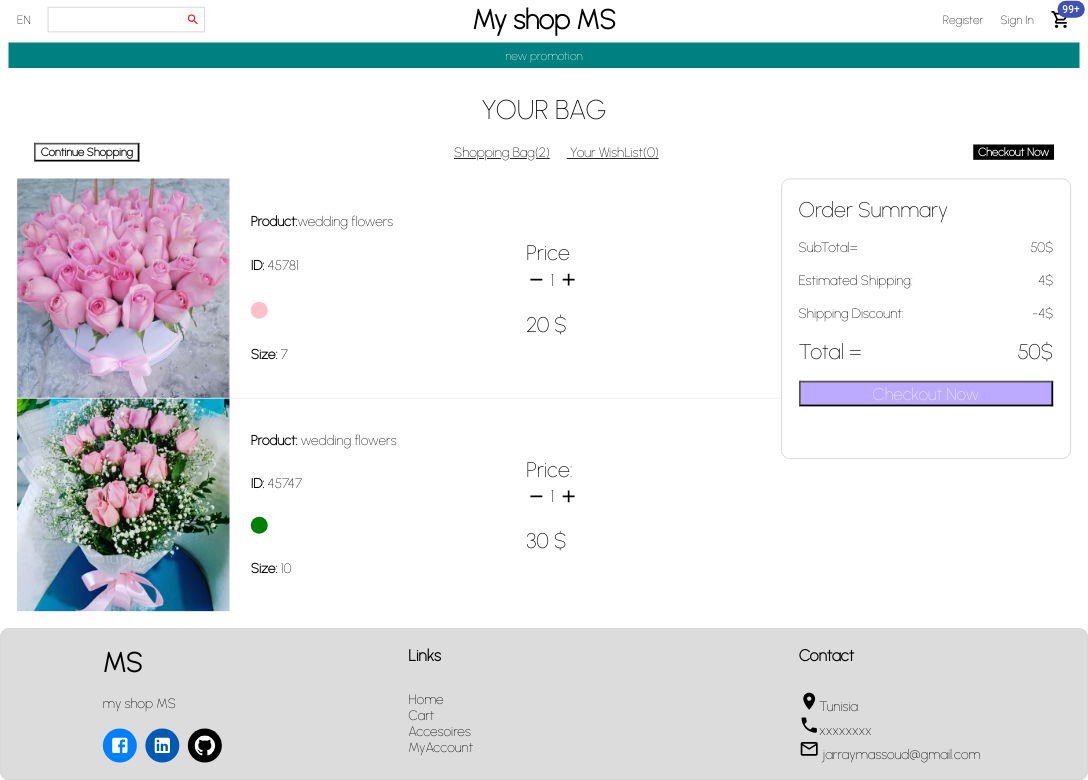
Repository: jarraymassaoud/react-web
Page: /
An editor plug-in stored every save of this project. The page is shown before and after the next save, followed by the edit.
The browser window is 1280 px wide. The pictures show the whole page, at 85% of full size.
The project was rebuilt for these pictures with package versions that can differ from the ones it lists, and the page was loaded fresh each time. Also part of the build but not shown: src/pages/Login.jsx, src/data.js, src/components/Slider.jsx, src/components/CategoryItem.jsx, src/components/Categories.jsx, src/components/Product.jsx, src/components/Products.jsx, src/pages/Home.jsx.

Above is the page before, as saved 2022-06-01 08:30:59.

### public/index.html
<!DOCTYPE html>
<html lang="en">
  <head>
    <meta charset="utf-8" />
    <link rel="icon" href="%PUBLIC_URL%/favicon.ico" />
    <meta name="viewport" content="width=device-width, initial-scale=1" />
    <meta name="theme-color" content="#000000" />
    <meta
      name="description"
      content="Web site created using create-react-app"
    />
    <link rel="preconnect" href="https://fonts.googleapis.com" />
    <link rel="preconnect" href="https://fonts.gstatic.com" crossorigin />
    <link
      href="https://fonts.googleapis.com/css2?family=Urbanist:wght@100&display=swap"
      rel="stylesheet"
    />
    <style>
      * {
        margin: 0;
        font-family: "Urbanist", sans-serif;
      }
    </style>
    <!--
      manifest.json provides metadata used when your web app is installed on a
      user's mobile device or desktop. See https://developers.google.com/web/fundamentals/web-app-manifest/
    -->
    <!--
      Notice the use of %PUBLIC_URL% in the tags above.
      It will be replaced with the URL of the `public` folder during the build.
      Only files inside the `public` folder can be referenced from the HTML.

      Unlike "/favicon.ico" or "favicon.ico", "%PUBLIC_URL%/favicon.ico" will
      work correctly both with client-side routing and a non-root public URL.
      Learn how to configure a non-root public URL by running `npm run build`.
    -->
    <title>React App</title>
  </head>
  <body>
    <noscript>You need to enable JavaScript to run this app.</noscript>
    <div id="root"></div>
    <!--
      This HTML file is a template.
      If you open it directly in the browser, you will see an empty page.

      You can add webfonts, meta tags, or analytics to this file.
      The build step will place the bundled scripts into the <body> tag.

      To begin the development, run `npm start` or `yarn start`.
      To create a production bundle, use `npm run build` or `yarn build`.
    -->
  </body>
</html>

### src/App.jsx
import React from "react";
import Cart from "./pages/Cart";
import Login from "./pages/Login";
import Home from "./pages/Home";
import Bunch from "./pages/Bunch";

const App = () => {
  return <Cart />;
};

export default App;

### src/pages/Cart.jsx
import { Remove, Add } from "@material-ui/icons";
import styled from "styled-components";
import Annonce from "../components/Annonce";
import Footer from "../components/Footer";
import Navbar from "../components/Navbar";
const Container = styled.div``;
const Wrapper = styled.div`
  padding: 20px;
`;

const Title = styled.h1`
  font-weight: 300;
  text-align: center;
`;
const Top = styled.div`
  display: flex;
  align-items: center;
  justify-content: space-between;
  padding: 20px;
`;
const TopButton = styled.button`
  font-weight: 600;
  text-align: center;
  cursor: pointer;
  border: ${(props) => props.type === "filled" && "none"};
  background-color: ${(props) =>
    props.type === "filled" ? "black" : "transparent"};
  color: ${(props) => props.type === "filled" && "white"};
`;
const TopTexts = styled.div``;
const TopText = styled.span`
  text-decoration: underline;
  cursor: pointer;
  margin: 0px 10px;
`;
const Bottom = styled.div`
  display: flex;
  justify-content: space-between;
`;
const Info = styled.div`
  flex: 3;
`;
const Product = styled.div`
  display: flex;
  justify-content: space-between;
`;
const ProductDetail = styled.div`
  flex: 2;
  display: flex;
`;
const Image = styled.img`
  width: 250px;
`;
const Details = styled.div`
  margin: 5px;
  padding: 20px;
  display: flex;
  flex-direction: column;
  justify-content: space-around;
`;
const ProductName = styled.span``;
const ProductId = styled.span``;
const ProductColor = styled.div`
  width: 20px;
  height: 20px;
  border-radius: 50%;
  background: ${(props) => props.color};
`;
const ProductSize = styled.span``;
const PriceDetail = styled.div`
  font-size: 25px;
  flex: 1;
  display: flex;
  flex-direction: column;
  align-content: center;
  justify-content: center;
`;

const ProductAmountContainer = styled.div`
  margin-bottom: 20px;
  display: flex;
  align-items: center;
`;
const ProductAmount = styled.div`
  font-size: 20px;
  margin: 5px;
`;
const ProductPrice = styled.div`
  font-size: 25px;
  font-weight: 300;
`;

const Hr = styled.hr`
  background-color: #eee;
  border: none;
  height: 1px;
`;
const Summary = styled.div`
  flex: 1;
  border: 0.5px solid lightgray;
  border-radius: 10px;
  padding: 20px;
  height: 40vh;
`;
const SummaryTitle = styled.h1`
  font-weight: 300;
  font-size: 25px;
`;
const SummaryItem = styled.div`
  margin: 20px 0px;
  display: flex;
  justify-content: space-between;
  font-weight: ${(props) => props.type === "total" && "500"};
  font-size: ${(props) => props.type === "total" && "25px"};
`;

const SummaryItemText = styled.span``;
const SummaryItemPrice = styled.span``;
const Button = styled.button`
  width: 100%;
  background-color: #baf;
  color: #eee;
  cursor: pointer;
  border: 50%;
  font-weight: 300;
  font-size: 20px;
`;
const Cart = () => {
  return (
    <Container>
      <Navbar />
      <Annonce />
      <Wrapper>
        <Title>YOUR BAG</Title>
        <Top>
          <TopButton> Continue Shopping</TopButton>
          <TopTexts>
            <TopText>Shopping Bag(2)</TopText>
            <TopText> Your WishList(0)</TopText>
          </TopTexts>
          <TopButton type="filled"> Checkout Now</TopButton>
        </Top>
        <Bottom>
          <Info>
            <Product>
              <ProductDetail>
                <Image src="images/img21.jpg" />
                <Details>
                  <ProductName>
                    <b>Product:</b>
                    wedding flowers
                  </ProductName>
                  <ProductId>
                    <b>ID:</b> 45781
                  </ProductId>
                  <ProductColor color="pink" />

                  <ProductSize>
                    <b>Size:</b> 7
                  </ProductSize>
                </Details>
              </ProductDetail>
              <PriceDetail>
                Price
                <ProductAmountContainer>
                  <Remove />

                  <ProductAmount>1</ProductAmount>
                  <Add />
                </ProductAmountContainer>
                <ProductPrice>20 $</ProductPrice>
              </PriceDetail>
            </Product>

            <Hr />
            <Product>
              <ProductDetail>
                <Image src="images/img30.jpg" />
                <Details>
                  <ProductName>
                    <b>Product:</b> wedding flowers
                  </ProductName>
                  <ProductId>
                    <b>ID:</b> 45747
                  </ProductId>
                  <ProductColor color="green" />

                  <ProductSize>
                    <b>Size:</b> 10
                  </ProductSize>
                </Details>
              </ProductDetail>
              <PriceDetail>
                Price:
                <ProductAmountContainer>
                  <Remove />

                  <ProductAmount>1</ProductAmount>
                  <Add />
                </ProductAmountContainer>
                <ProductPrice>30 $</ProductPrice>
              </PriceDetail>
            </Product>
          </Info>
          <Summary>
            <SummaryTitle>Order Summary</SummaryTitle>
            <SummaryItem>
              <SummaryItemText>SubTotal= </SummaryItemText>
              <SummaryItemPrice>50$</SummaryItemPrice>
            </SummaryItem>

            <SummaryItem>
              <SummaryItemText>Estimated Shipping:</SummaryItemText>
              <SummaryItemPrice> 4$</SummaryItemPrice>
            </SummaryItem>
            <SummaryItem>
              <SummaryItemText>Shipping Discount:</SummaryItemText>
              <SummaryItemPrice> -4$</SummaryItemPrice>
            </SummaryItem>
            <SummaryItem type="total">
              <SummaryItemText>Total =</SummaryItemText>
              <SummaryItemPrice> 50$</SummaryItemPrice>
            </SummaryItem>
            <Button> Checkout Now</Button>
          </Summary>
        </Bottom>
      </Wrapper>
      <Footer />
    </Container>
  );
};

export default Cart;

### src/components/Annonce.jsx
import styled from "styled-components";

const Container = styled.div`
  height: 30px;
  background-color: teal;
  color: white;
  display: flex;
  align-items: center;
  justify-content: center;
  font-size: 14px;
  font-weight: 500;
  margin: 10px;
`;

const Annonce = () => {
  return (
    <div>
      <Container>new promotion</Container>
    </div>
  );
};

export default Annonce;

### src/components/Footer.jsx
import {
  Facebook,
  GitHub,
  LinkedIn,
  MailOutline,
  Phone,
  Room,
} from "@material-ui/icons";
import React from "react";
import styled from "styled-components";
const Container = styled.div`
  display: flex;
  border: 0.5px solid lightgray;
  border-radius: 10px;
  background-color: gainsboro;
`;
const Left = styled.div`
  flex: 1;
  display: flex;
  padding: 20px;
  flex-direction: column;
  margin-left: 100px;
`;
const Logo = styled.h1``;
const Desc = styled.p`
  margin: 20px 0px;
`;
const SocialContainer = styled.div`
  display: flex;
`;
const SocialIcon = styled.div`
  width: 40px;
  height: 40px;
  border-radius: 50%;
  color: white;
  background-color: #${(props) => props.color};
  display: flex;
  align-items: center;
  justify-content: center;
  margin-right: 10px;
`;

const Center = styled.div`
  flex: 1;
  padding: 20px;
  align-items: center;
  justify-content: center;
`;
const Title = styled.h3`
  margin-bottom: 30px;
`;
const List = styled.ul`
  margin: 0px;
  padding: 0px;
  list-style: none;
  flex-wrap: wrap;
`;
const ListItem = styled.li`
  width: 50%;
`;
const Right = styled.div`
  flex: 1;
  padding: 20px;
  justify-content: center;
  align-items: center;
  margin-left: 100px;
`;
const ContactItem = styled.div``;

const Footer = () => {
  return (
    <Container>
      <Left>
        <Logo> MS</Logo>
        <Desc>my shop MS</Desc>
        <SocialContainer>
          <SocialIcon color="0080ff">
            <Facebook />
          </SocialIcon>
          <SocialIcon color="0059b3">
            <LinkedIn />
          </SocialIcon>
          <SocialIcon color="000000">
            <GitHub />
          </SocialIcon>
        </SocialContainer>
      </Left>
      <Center>
        <Title> Links</Title>
        <List>
          <ListItem>Home</ListItem>
          <ListItem>Cart</ListItem>
          <ListItem>Accesoires</ListItem>
          <ListItem>MyAccount</ListItem>
        </List>
      </Center>
      <Right>
        <Title> Contact</Title>
        <ContactItem>
          <Room />
          Tunisia
        </ContactItem>
        <ContactItem>
          <Phone />
          xxxxxxxx
        </ContactItem>
        <ContactItem>
          <MailOutline /> jarraymassoud@gmail.com
        </ContactItem>
      </Right>
    </Container>
  );
};

export default Footer;

### src/components/Navbar.jsx
import { Search, ShoppingCartOutlined } from "@material-ui/icons";
import { Badge } from "@material-ui/core";
import React from "react";
import styled from "styled-components";

const Container = styled.div`
  height: 40px;
`;

const Wrapper = styled.div`
  padding: 4px 20px;
  display: flex;
  justify-content: space-between;
`;

const Left = styled.div`
  flex: 1;
  display: flex;
  align-items: center;
`;

const Language = styled.span`
  font-size: 14px;
  cursor: pointer;
`;
const SearchContainer = styled.div`
  border: 0.5px solid lightgray;
  display: flex;
  align-items: center;
  margin-left: 20px;
  padding: 5px;
`;
const Input = styled.input`
  border: none;
`;
const Center = styled.div`
  flex: 1;
  text-align: center;
`;
const Logo = styled.h1`
  font-weight: bold;
  display: flex;
  justify-content: center;
`;
const Right = styled.div`
  flex: 1;
  display: flex;
  align-items: center;
  justify-content: flex-end;
`;
const MenuItem = styled.div`
  font-size: 14px;
  cursor: pointer;
  margin-left: 20px;
`;
const Navbar = () => {
  return (
    <Container>
      <Wrapper>
        <Left>
          <Language>EN</Language>
          <SearchContainer>
            <Input />
            <Search style={{ color: "red", fontSize: 16 }} />
          </SearchContainer>
        </Left>
        <Center>
          <Logo>My shop MS</Logo>
        </Center>
        <Right>
          <MenuItem>Register</MenuItem>
          <MenuItem> Sign In</MenuItem>
          <MenuItem>
            <Badge badgeContent={100} color="primary" max={99}>
              <ShoppingCartOutlined />
            </Badge>
          </MenuItem>
        </Right>
      </Wrapper>
    </Container>
  );
};

export default Navbar;

### src/pages/Bunch.jsx
import styled from "styled-components";
import Navbar from "../components/Navbar";
import Annonce from "../components/Annonce";
import Newsletter from "../components/Newsletter";
import Footer from "../components/Footer";
import { Remove, Add } from "@material-ui/icons";

const Container = styled.div``;
const Wrapper = styled.div`
  padding: 50px;
  display: flex;
`;
const ImgContainer = styled.div`
  flex: 1;
`;
const Image = styled.img`
  width: 100%;
  height: 70vh;
  object-fit: cover;
`;
const InfoContainer = styled.div`
  flex: 1;
  padding: 30px 50px;
`;

const Title = styled.h1`
  margin: 30px 0px;
`;

const Desc = styled.p`
  font-weight: 400;
`;
const Price = styled.span`
  font-weight: 300;
  font-size: 20px;
`;

const FilterContainer = styled.div`
  width: 50%;
  display: flex;
  justify-content: space-between;
  margin: 18px;
`;
const Filter = styled.div`
  display: flex;
  align-items: center;
`;
const FilterTitle = styled.span`
  font-size: 20px;
  font-weight: 300;
  margin-right: 7px 3px;
`;
const FilterColor = styled.div`
  width: 20px;
  height: 20px;
  border-radius: 50%;
  background-color: ${(props) => props.color};
  margin: 0px 3px;
  cursor: pointer;
`;
const FilterSize = styled.select`
  margin-left: 10px;
  padding: 5px;
`;
const FilterSizeOption = styled.option``;
const AddContainer = styled.div`
  width: 50%;
  display: flex;
  justify-content: space-between;
`;
const AmountContainer = styled.div`
  display: flex;
  align-items: center;
  font-weight: 700;
`;
const Amount = styled.span`
  width: 25px;
  height: 25px;
  border-radius: 10px;
  border: 1px solid teal;
  margin: 0px 5 px;
  display: flex;
  align-items: center;
  justify-content: center;
`;

const Button = styled.button`
  padding: 5px;
  border: 1px solid teal;
  background-color: #fff;
  cursor: pointer;
  margin: 25px;
  font-weight: 500;

  &:hover {
    background-color: #4ff;
  }
`;

const Bunch = () => {
  return (
    <Container>
      <Navbar />
      <Annonce />
      <Wrapper>
        <ImgContainer>
          <Image src="images/img27.jpg"></Image>
        </ImgContainer>
        <InfoContainer>
          <Title> happy birthday flower</Title>
          <Desc></Desc>
          <Price> 5$</Price>
          <FilterContainer>
            <Filter>
              <FilterTitle>Color</FilterTitle>
              <FilterColor color="green" />
              <FilterColor color="pink" />
              <FilterColor color="red" />
              <FilterColor color="yellow" />
              <FilterColor color="blue" />
            </Filter>
            <Filter>
              <FilterTitle> Size</FilterTitle>
              <FilterSize>
                <FilterSizeOption>1</FilterSizeOption>
                <FilterSizeOption>2</FilterSizeOption>
                <FilterSizeOption>3</FilterSizeOption>
                <FilterSizeOption>4</FilterSizeOption>
                <FilterSizeOption>5</FilterSizeOption>
                <FilterSizeOption>6</FilterSizeOption>
                <FilterSizeOption>7</FilterSizeOption>
              </FilterSize>
            </Filter>
          </FilterContainer>

          <AddContainer>
            <AmountContainer>
              <Remove />
              <Amount>1</Amount>
              <Add />
            </AmountContainer>
            <Button>ADD</Button>
          </AddContainer>
        </InfoContainer>
      </Wrapper>
      <Newsletter />
      <Footer />
    </Container>
  );
};

export default Bunch;

### src/components/Newsletter.jsx
import { Send } from "@material-ui/icons";
import styled from "styled-components";

const Container = styled.div`
  height: 60vh;
  background-color: white;
  display: flex;
  align-items: center;
  justify-content: center;
  flex-direction: column;
`;
const Title = styled.h1`
  font-size: 70px;
`;
const Desc = styled.div`
  font-size: 30px;
  font-weight: 300;
`;
const InputContainer = styled.div`
  width: 50%;
  height: 40px;
  display: flex;
  justify-content: space-between;
  border: 1px solid lavender;
`;
const Input = styled.input`
  border: none;
  flex: 8;
`;
const Button = styled.button`
  flex: 1;
  border: none;
  background-color: #5ff;
`;

const Newsletter = () => {
  return (
    <Container>
      <Title> Newsletter</Title>
      <Desc> your web site</Desc>
      <InputContainer>
        <Input placeholder="your email" />
        <Button>
          <Send />
        </Button>
      </InputContainer>
    </Container>
  );
};

export default Newsletter;

Loaded but not shown: src/index.js (common file); src/index.css (common file); src/reportWebVitals.js (common file)

After the next save:
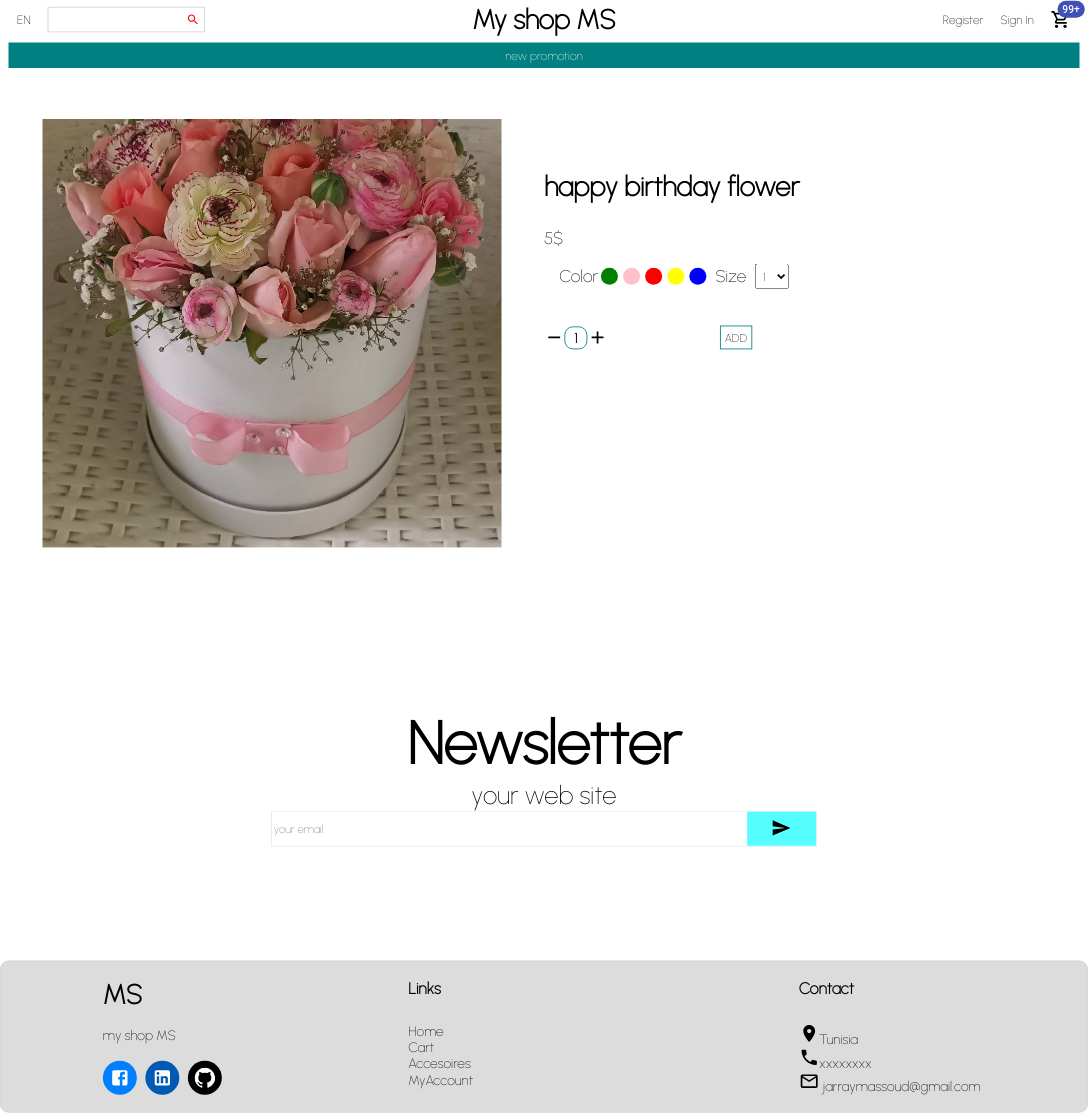
Saved 37 s later.
--- a/src/App.jsx
+++ b/src/App.jsx
@@ -5,7 +5,7 @@ import Home from "./pages/Home";
 import Bunch from "./pages/Bunch";
 
 const App = () => {
-  return <Cart />;
+  return <Bunch />;
 };
 
 export default App;
